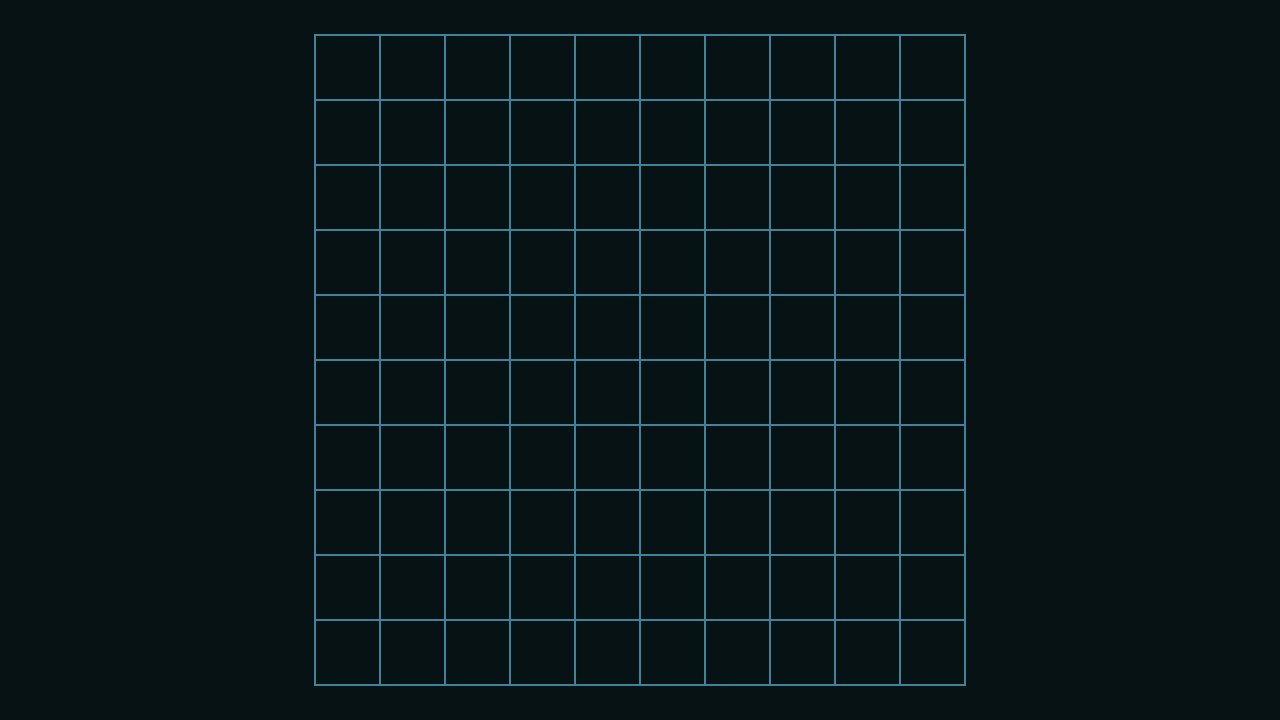
Repository: rehans-Life/linkedlist-snake-game
Page: /
These files come from the project's save history. The page is drawn as it stood at one moment and after the next save; the edit follows.
The browser window is 1280 px wide. The pictures show the whole page.
The project was rebuilt for these pictures with package versions that can differ from the ones it lists, and the page was loaded fresh each time. The framework's server and built-in components were replaced by stand-ins that run in the browser. Also part of the build but not shown: next.config.js.

Above is the page before, as saved 2023-04-14 21:54:02.

After the next save:
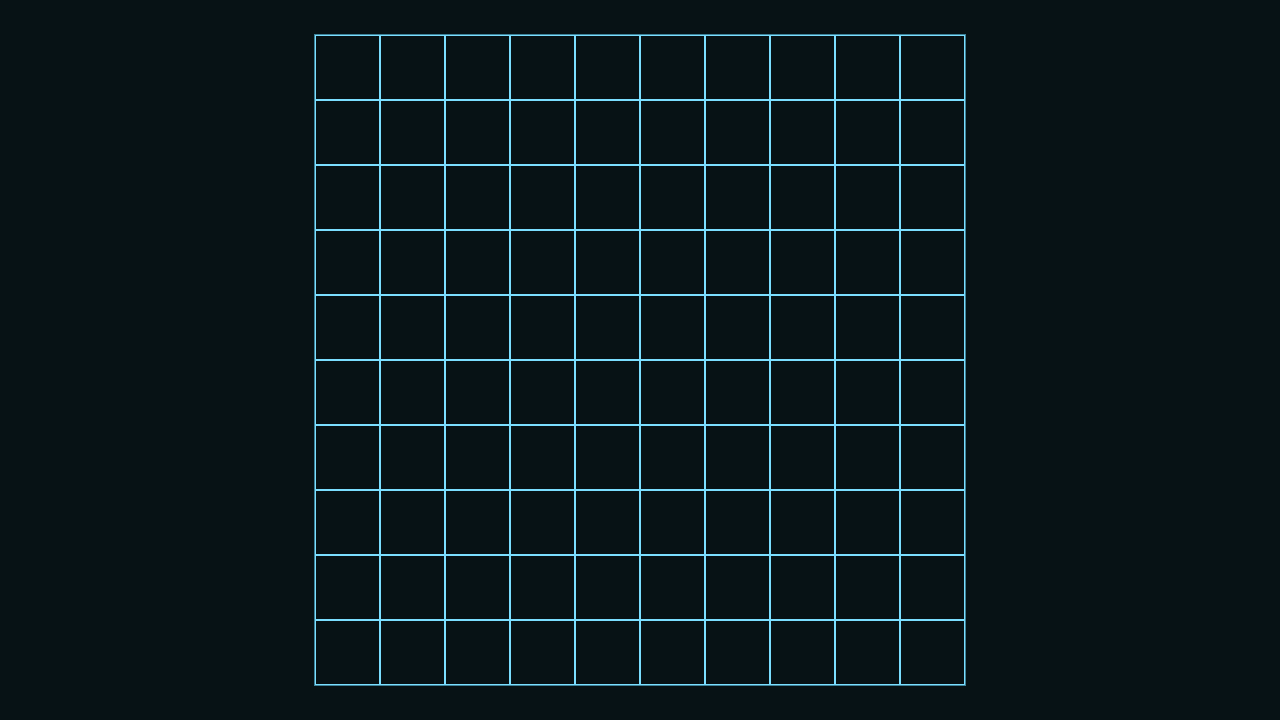
Saved 58 s later.
--- a/styles/Home.module.css
+++ b/styles/Home.module.css
@@ -19,5 +19,5 @@
 .cell {
   width: 65px;
   height: 65px;
-  border: 1px solid rgb(62, 131, 154);
+  border: 1px solid rgb(123, 222, 255);
 }
